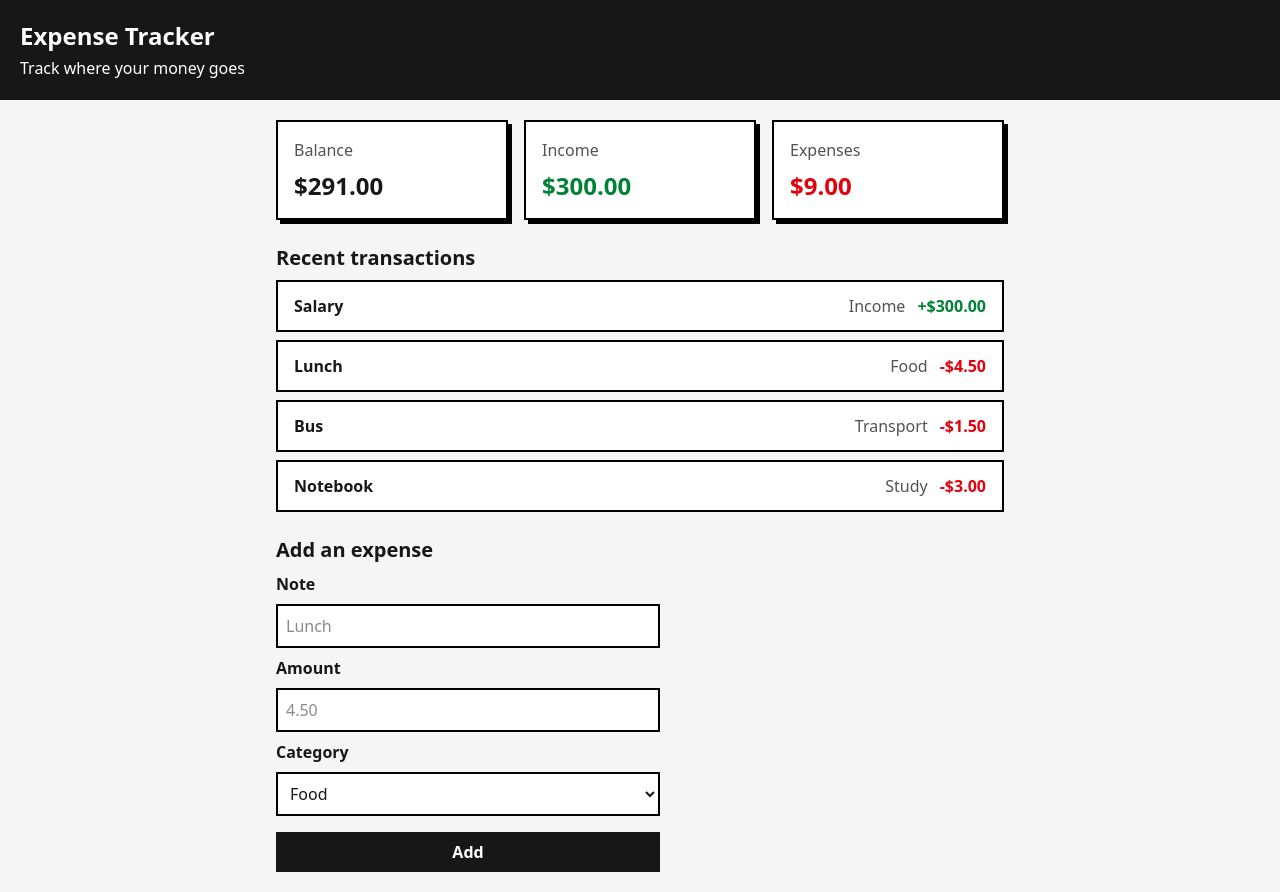
Repository: Keanbunheng/html-basics-Day1_AI
Page: expense-tracker-w2-d4-start/index.html
An editor plug-in stored every save of this project. The page is shown before and after the next save, followed by the edit.
The browser window is 1280 px wide. The pictures show the whole page.

Above is the page before, as saved 2026-11-17 21:16:23.
Console error: SyntaxError: Unexpected identifier 'transactions'

After the next save:
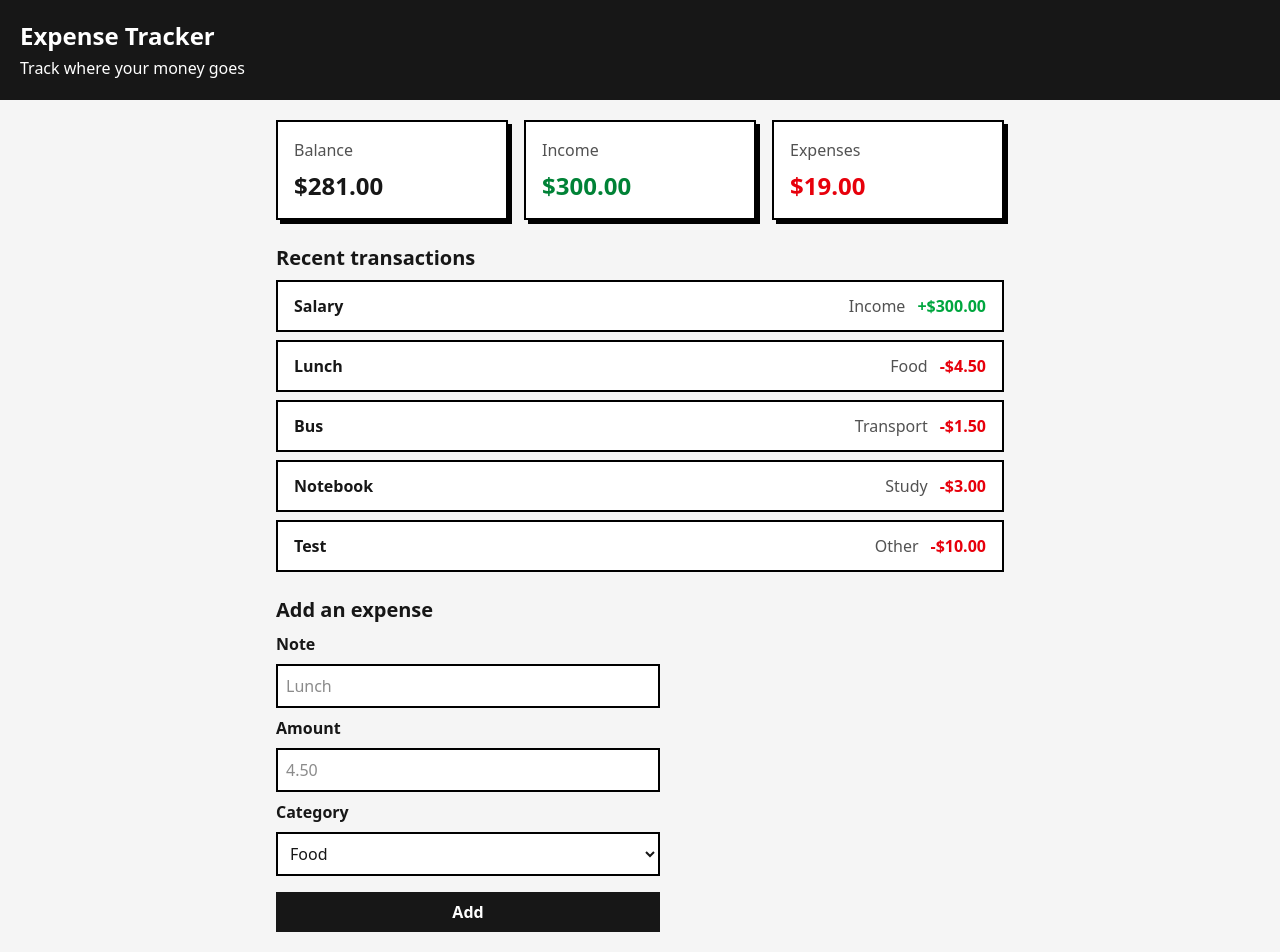
The error is gone.
Saved 4 s later.
--- a/expense-tracker-w2-d4-start/app.js
+++ b/expense-tracker-w2-d4-start/app.js
@@ -98,7 +98,9 @@ check('total of empty list', totalCents([]), 0);
 check('total expenses of empty list', totalExpenses([]), 0);
 check('original list not changed', transactions.length, 4); // after addTransaction
 
-function L
+function ListShow(){
+
+}
 
 
 transactions.push({
